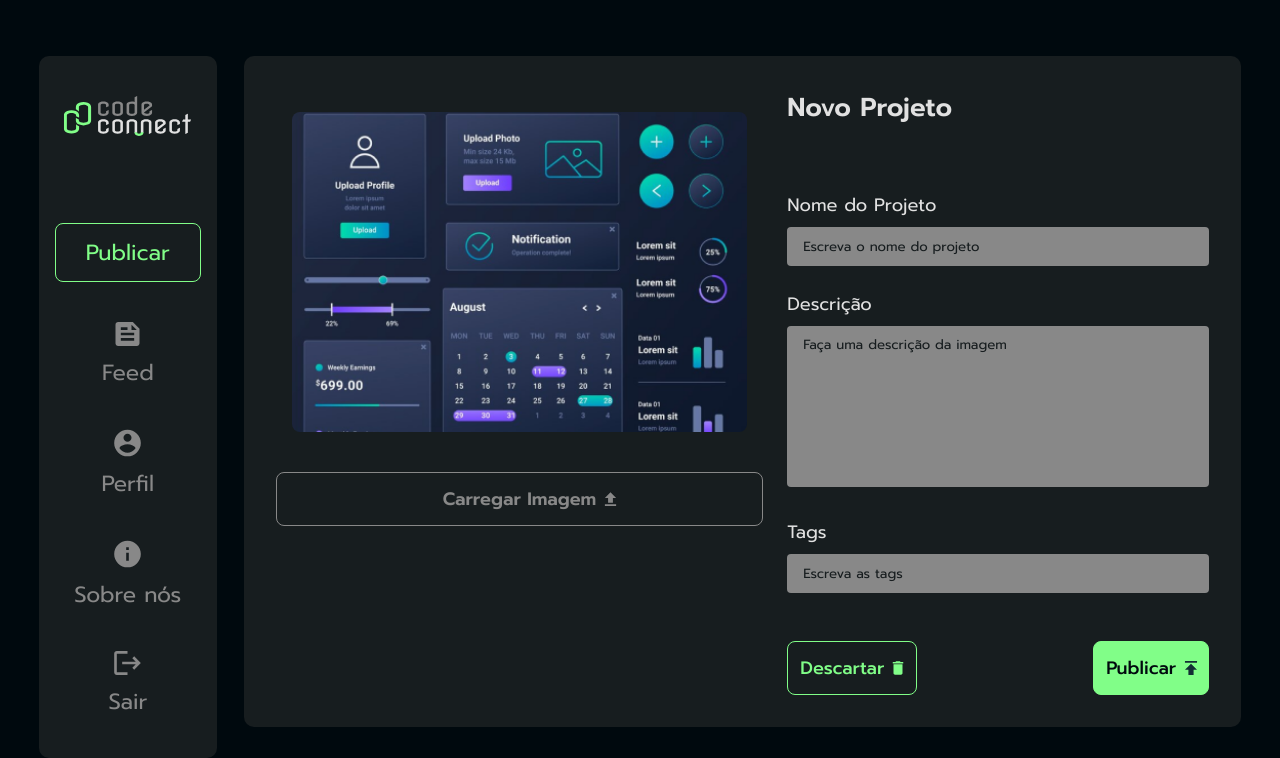
Repository: joaoPraiaJunior/async_await
Page: index.html
The author's editor kept a copy of each file at every save. The page is drawn from the files as they stood at one save, then again after the next save.
The browser window is 1280 px wide. The pictures show the whole page.

Above is the page before, as saved 2024-08-29 19:28:53.
Console error (its wording comes from the project's code and is left out).

After the next save:
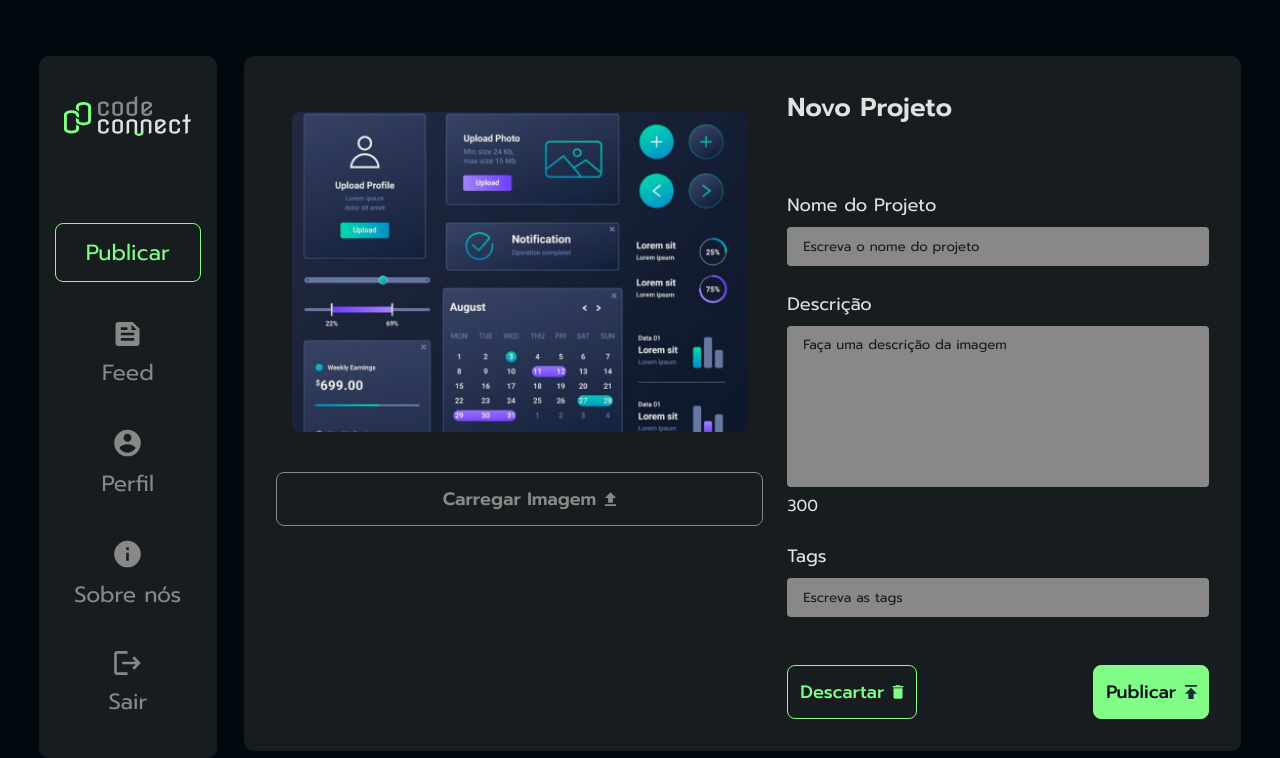
Saved 111 s later.
--- a/index.html
+++ b/index.html
@@ -54,6 +54,7 @@
                 <div class="c-formulario__grupo">
                     <label for="descricao">Descrição</label>
                     <textarea name="descricao" id="descricao" placeholder="Faça uma descrição da imagem" maxlength="300" data-js="descricao-do-projeto"></textarea>
+                    <p class="c-formulario__contador" data-js="contador-descricao">300</p>
                 </div>
 
                 <div class="c-formulario__grupo">
